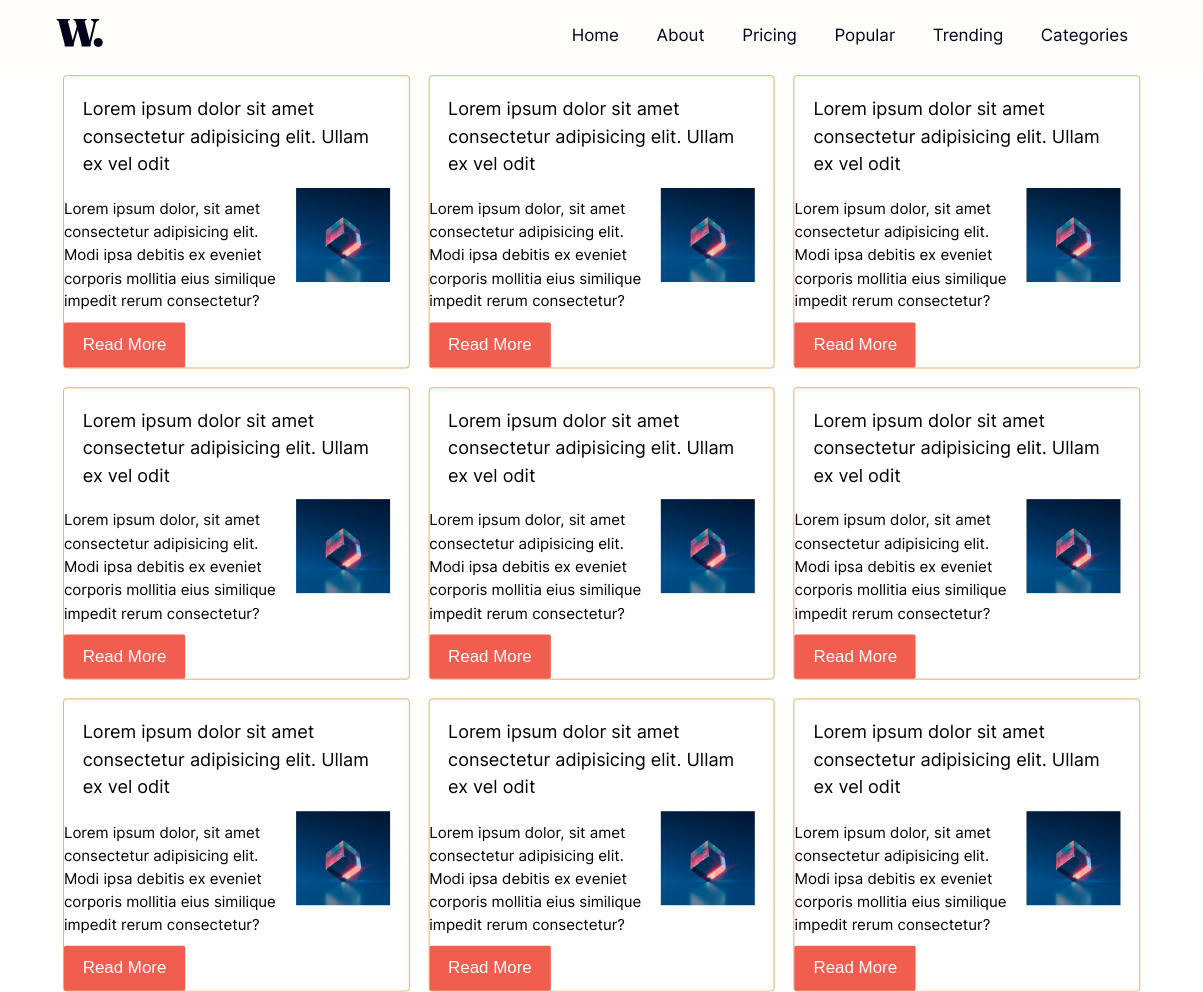
Repository: Benedict-Anthony/web3.0-blog-chain
Page: /trending
The author's editor kept a copy of each file at every save. The page is drawn from the files as they stood at one save, then again after the next save.
The browser window is 1280 px wide. The pictures show the whole page, at 94% of full size.
The project was rebuilt for these pictures with package versions that can differ from the ones it lists, and the page was loaded fresh each time. The framework's server and built-in components were replaced by stand-ins that run in the browser. Also part of the build but not shown: next.config.js, styles/styles.css.

Above is the page before, as saved 2022-12-21 03:09:52.

After the next save:
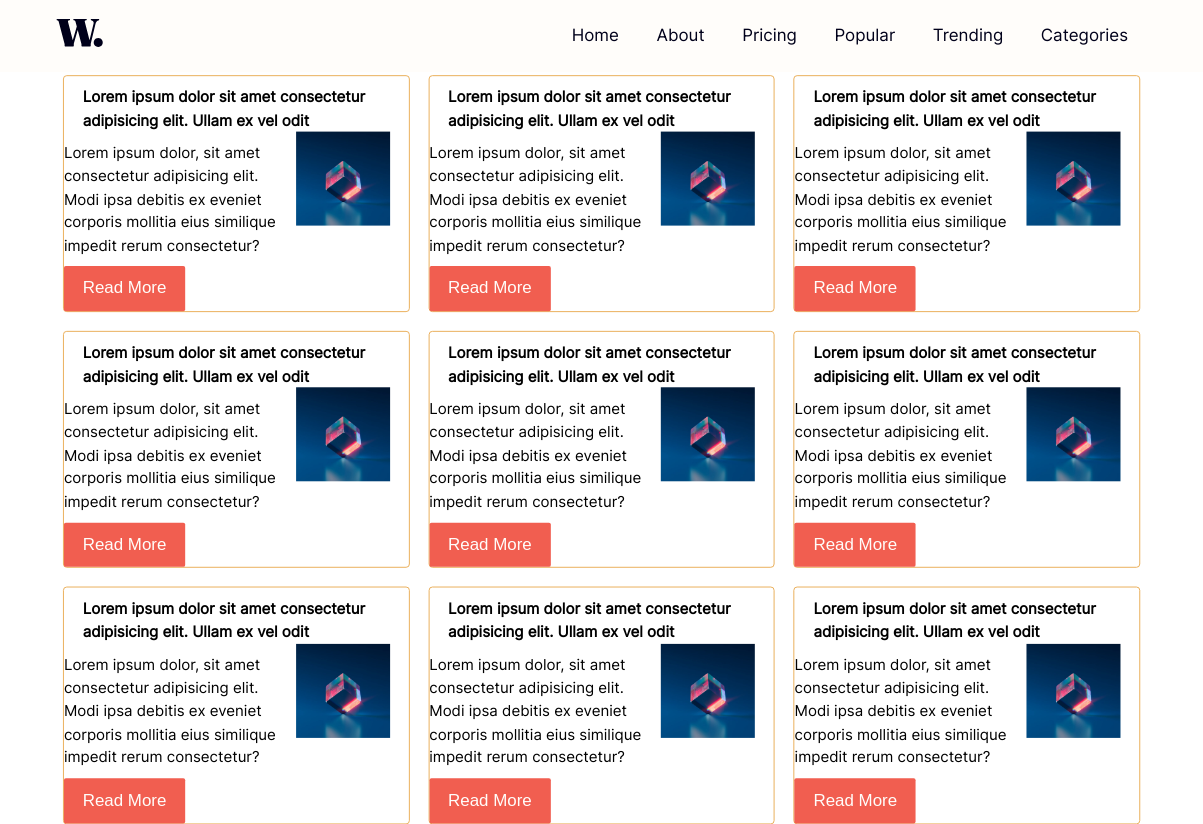
Saved 17 s later.
--- a/components/Trending.tsx
+++ b/components/Trending.tsx
@@ -16,7 +16,7 @@ const Trending = ({news}:TrendingProps) => {
   return (
     <article className={TrendingStyles.article}>
       <div>
-              <p>Lorem ipsum dolor sit amet consectetur adipisicing elit. Ullam ex vel odit </p>
+              <h4>Lorem ipsum dolor sit amet consectetur adipisicing elit. Ullam ex vel odit </h4>
 
               {/* <img src={news.image ? news.image.thumbnail.contentUrl : "nft/images/image-equilibrium.jpg"} alt="" /> */}
               <img src={"nft/images/image-equilibrium.jpg"} alt="" />
